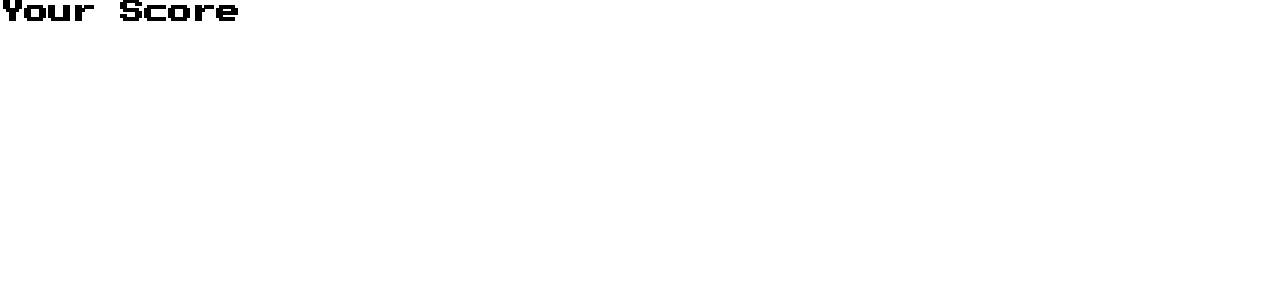
Repository: Zoemateus324/detona-ralph-js
Page: index.html
These files come from the project's save history. The page is drawn as it stood at one moment and after the next save; the edit follows.
The browser window is 1280 px wide. The pictures show the whole page.

Above is the page before, as saved 2024-11-26 08:21:22.

After the next save:
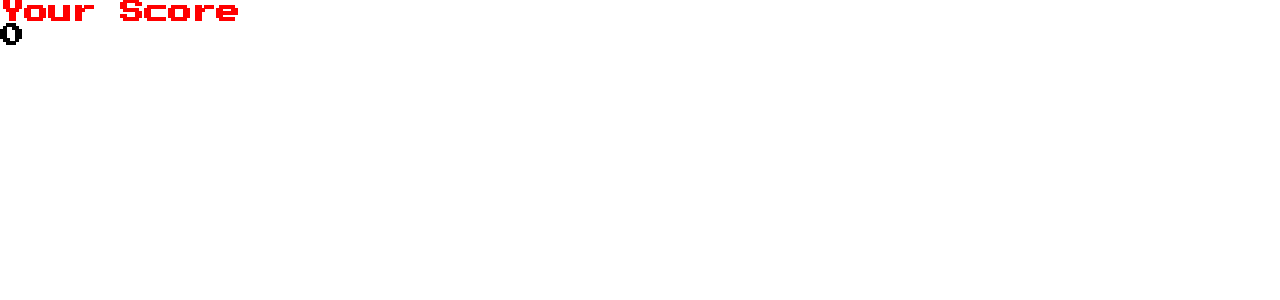
Saved 56 s later.
--- a/index.html
+++ b/index.html
@@ -22,7 +22,9 @@
     <div class="container">
         <div class="menu">
             <div class="menu-time">
-                <h2>Your Score</h2>
+                <h2 style="color: red;">Your Score</h2>
+                <h2>0</h2>
+
             </div>
             <div class="menu-score"></div>
             <div class="menu-lives"></div>
